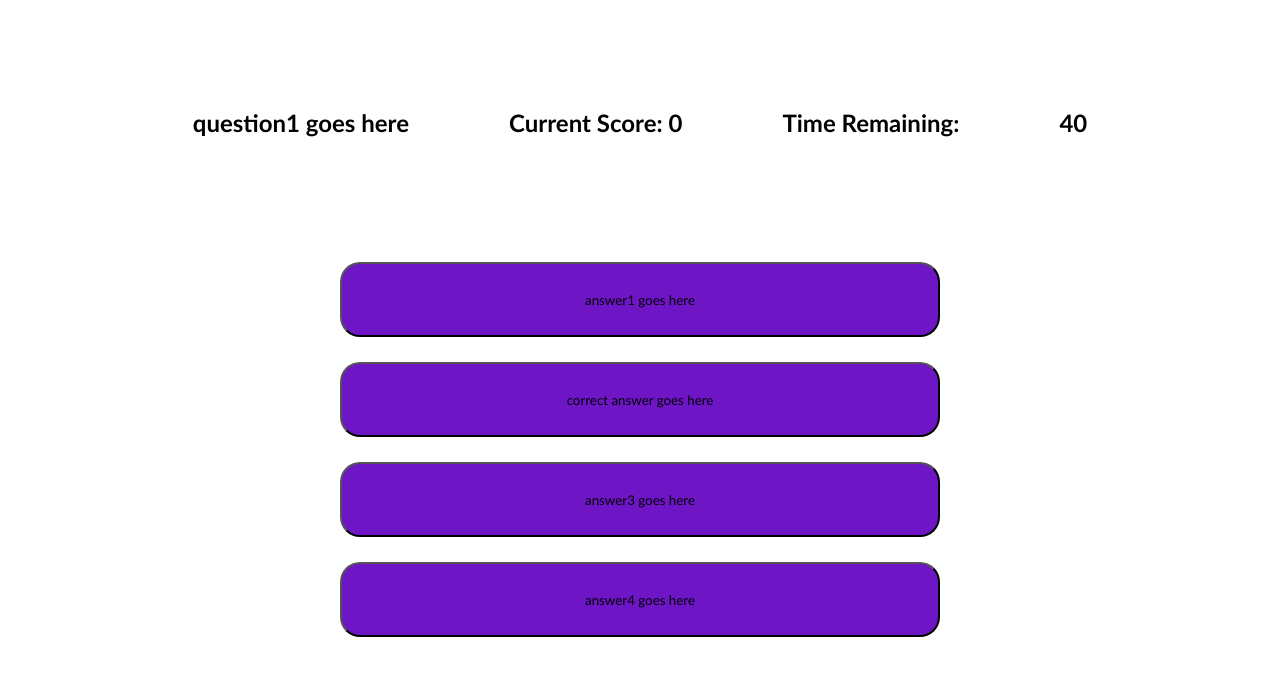
Repository: cobalt88/code-game
Page: assets/subpages/game.html
An editor plug-in stored every save of this project. The page is shown before and after the next save, followed by the edit.
The browser window is 1280 px wide. The pictures show the whole page.
After loading, the first visible `#start` was clicked once.

Above is the page before, as saved 2022-03-18 15:32:43.

### assets/subpages/game.html
<!DOCTYPE html>
<html lang="en_US">
  <head>
    <meta charset="UTF-8">
    <link rel="stylesheet" href="../css/game.css">
    <title>Coding Quiz Challenge</title>
  </head>

  <body>
    <header>
      <h2 id="question"></h2>
      <h2 id="scoreTracker"></h2>
      <h2 id="timer">Time Remaining: <h2 id="time"></h2> </h2>
    </header>

    <section class="options" id="options">
      <button type="button" id="option1" class="answers"></button>
      <button type="button" id="option2" class="answers"></button>
      <button type="button" id="option3" class="answers"></button>
      <button type="button" id="option4" class="answers"></button>
    </section>

    <section>
      <button type="button" id="start" class="beginButton">Begin Quiz</button>
    </section>

    <section id="save-score-form">
      <form id="playerInput">
        <label for="player-name">Your Name Goes Here</label>
          <input type="text" id="player-input">
          <br/><br/>
      </form>

      <button type="button" id="save-score">Save My Score</button>
    </section>


    <script src="../js/game.js"></script>

  </body>

### assets/css/game.css
* {
  font-family: 'Trebuchet MS', 'Lucida Sans Unicode', 'Lucida Grande', 'Lucida Sans', Arial, sans-serif;
}

body {
  display: flex;
  flex-direction: column;
  align-items: center;
}

header, header h2 {
  display: flex;
  margin: 50px;
  flex-direction: row;
  align-items: center;
}



.options button {
  display: flex;
  flex-direction: column;
  align-items: center;
  justify-content: center;
  margin: 25px;
  width: 600px;
  height: 75px;
  background-color: rgb(110, 21, 198);
  box-shadow: 5px;
  border-radius: 20px;
}

### assets/js/game.js

//timeDisplayEl is the actual countdown
var timeDisplayEl = document.querySelector('#time');
//timeEl is the header element that contains the countdown
var timerEl = document.querySelector('#timer');
//scoreDisplayEl is where the score  variable is displayed
var scoreDisplayEl = document.querySelector('#score');
//scoreEl is the header that contains the score display
var scoreEl = document.querySelector('#scoreTracker');
var startEl = document.querySelector('#start');
var option1El = document.querySelector('#option1');
var option2El = document.querySelector('#option2');
var option3El = document.querySelector('#option3');
var option4El = document.querySelector('#option4');
var questionEl = document.querySelector('#question');
var answers = document.querySelector(".answers");
var options = document.querySelector(".options");
var highScoreForm = document.querySelector('#save-score-form');
var saveButton = document.querySelector('#save-score');
var button = document.getElementsByTagName("button");
var timeLeft = 40;
var score = 0;
var questionsObj = 0;
var highScores = []
const questions = [

  {
    question: "question1 goes here",
    answer1: "answer1 goes here",
    data1: 'correct',
    answer2: "correct answer goes here",
    data2: 'incorrect',
    answer3: "answer3 goes here",
    data3: 'incorrect',
    answer4: "answer4 goes here",
    data4: 'incorrect',
  },
  {
    question: "question2 goes here",
    answer1: "answer1 goes here",
    data1: 'correct',
    answer2: "answer2 goes here",
    data2: 'incorrect',
    answer3: "answer3 goes here",
    data3: 'incorrect',
    answer4: "answer4 goes here",
    data4: 'incorrect',
  },
  {
    question: "question3 goes here",
    answer1: "answer1 goes here",
    data1: 'correct',
    answer2: "answer2 goes here",
    data2: 'incorrect',
    answer3: "answer3 goes here",
    data3: 'incorrect',
    answer4: "answer4 goes here",
    data4: 'incorrect',
  },
  {
    question: "question4 goes here",
    answer1: "answer1 goes here",
    data1: 'correct',
    answer2: "answer2 goes here",
    data2: 'incorrect',
    answer3: "answer3 goes here",
    data3: 'incorrect',
    answer4: "answer4 goes here",
    data4: 'incorrect',
  },
  {
    question: "question5 goes here",
    answer1: "answer1 goes here",
    data1: 'correct',
    answer2: "answer2 goes here",
    data2: 'incorrect',
    answer3: "answer3 goes here",
    data3: 'incorrect',
    answer4: "answer4 goes here",
    data4: 'incorrect',
  },
  {
    question: "question6 goes here",
    answer1: "answer1 goes here",
    data1: 'correct',
    answer2: "answer2 goes here",
    data2: 'incorrect',
    answer3: "answer3 goes here",
    data3: 'incorrect',
    answer4: "answer4 goes here",
    data4: 'incorrect',
  },
  {
    question: "question7 goes here",
    answer1: "answer1 goes here",
    data1: 'correct',
    answer2: "answer2 goes here",
    data2: 'incorrect',
    answer3: "answer3 goes here",
    data3: 'incorrect',
    answer4: "answer4 goes here",
    data4: 'incorrect',
  },
  {
    question: "question8 goes here",
    answer1: "answer1 goes here",
    data1: 'correct',
    answer2: "answer2 goes here",
    data2: 'incorrect',
    answer3: "answer3 goes here",
    data3: 'incorrect',
    answer4: "answer4 goes here",
    data4: 'incorrect',
  },
  {
    question: "question9 goes here",
    answer1: "answer1 goes here",
    data1: 'correct',
    answer2: "answer2 goes here",
    data2: 'incorrect',
    answer3: "answer3 goes here",
    data3: 'incorrect',
    answer4: "answer4 goes here",
    data4: 'incorrect',
  },
  {
    question: "question10 goes here",
    answer1: "answer1 goes here",
    data1: 'correct',
    answer2: "answer2 goes here",
    data2: 'incorrect',
    answer3: "answer3 goes here",
    data3: 'incorrect',
    answer4: "answer4 goes here",
    data4: 'incorrect',
  }
];

function hideElements() {
  option1El.setAttribute('style', 'display: none;');
  option2El.setAttribute('style', 'display: none;');
  option3El.setAttribute('style', 'display: none;');
  option4El.setAttribute('style', 'display: none;');
  scoreEl.setAttribute('style', 'display: none;');
  timerEl.setAttribute('style', 'display: none;');
  highScoreForm.setAttribute('style', 'display: none;')
}

function startQuiz() {
  startEl.setAttribute('style', 'display: none;');
  option1El.setAttribute('style', 'display: visible;');
  option2El.setAttribute('style', 'display: visible;');
  option3El.setAttribute('style', 'display: visible;');
  option4El.setAttribute('style', 'display: visible;');
  scoreEl.setAttribute('style', 'display: visible;');
  timerEl.setAttribute('style', 'display: visible;');
  loadScores();
  console.log(highScores);
  scoreTracker();
  generateQuestions();
  countdown();


}

function loadScores(){

}

function countdown() {

  var timeInterval = setInterval(function () {
        timeDisplayEl.textContent = timeLeft;

    if (timeLeft > 0) {
      timeLeft--;
    } else {
      timeDisplayEl.textContent = (' ');
      clearInterval(timeInterval);
      endQuiz();
    }
  }, 1000);
}

function endQuiz() {
  hideElements();

  if (timeLeft <= 0) {
    displayMessage();
  }

  if (timeLeft >= 0) {
  timeLeft = 0;
  option1El.setAttribute('style', 'display: none;');
  option2El.setAttribute('style', 'display: none;');
  option3El.setAttribute('style', 'display: none;');
  option4El.setAttribute('style', 'display: none;');
  timerEl.setAttribute('style', 'display: none;');
  scoreEl.setAttribute('style', 'display: none;');
  questionEl.textContent = (' ')
  displayMessage2();
  }
}


function scoreTracker() {
  if (score >= 0 && timeLeft > 0) {
    scoreEl.textContent = (`Current Score: ${score}`);
}}

function verifyAnswerHandler(event){
  var targetEl = event.target;
  var targetData = targetEl.getAttribute("class");

  if (targetData === 'correct' ) {
    score = score + 10;
      if (questionsObj < 9) {
        questionsObj++;
        generateQuestions();
        scoreTracker();
      }
  }

  if (targetData === 'incorrect') {
    timeLeft = timeLeft - 10;
      if (questionsObj < 9) {
        questionsObj++;
        generateQuestions();
        scoreTracker();
      }
  }

  if (questionsObj >= 9) {
    endQuiz();
  }
}

function displayMessage() {
  questionEl.textContent = (`Times Up! Your score for this round is: ${score}`);
  highScoreForm.setAttribute('style', 'display: visible;');
}

function displayMessage2() {
  questionEl.textContent = (`You have reached the end of the quiz! your score is: ${score}`);
  highScoreForm.setAttribute('style', 'display: visible;');
}


function generateQuestions() {
  // generate text content of question
  if (timeLeft >= 1) {
    questionEl.textContent = questions[questionsObj].question;

    option1El.textContent = questions[questionsObj].answer1;
    option1El.setAttribute('class', questions[questionsObj].data1);

    option2El.textContent = questions[questionsObj].answer2;
    option2El.setAttribute('class', questions[questionsObj].data2);

    option3El.textContent = questions[questionsObj].answer3;
    option3El.setAttribute('class', questions[questionsObj].data3);

    option4El.textContent = questions[questionsObj].answer4;
    option4El.setAttribute('class', questions[questionsObj].data4);
  }
}

function loadScores(){
  var existingScores = JSON.parse(localStorage.getItem('highScores'));
  highScores.push(existingScores)
}

function saveHighScore(event) {

  var playerName = document.querySelector("#player-input").value;

  highScores.push({
    player: playerName,
    score: score,
  })


  localStorage.setItem('highScores', JSON.stringify(highScores));


}



saveButton.addEventListener('click', saveHighScore);

startEl.addEventListener('click', startQuiz);

options.addEventListener('click', verifyAnswerHandler);

hideElements();

After the next save:
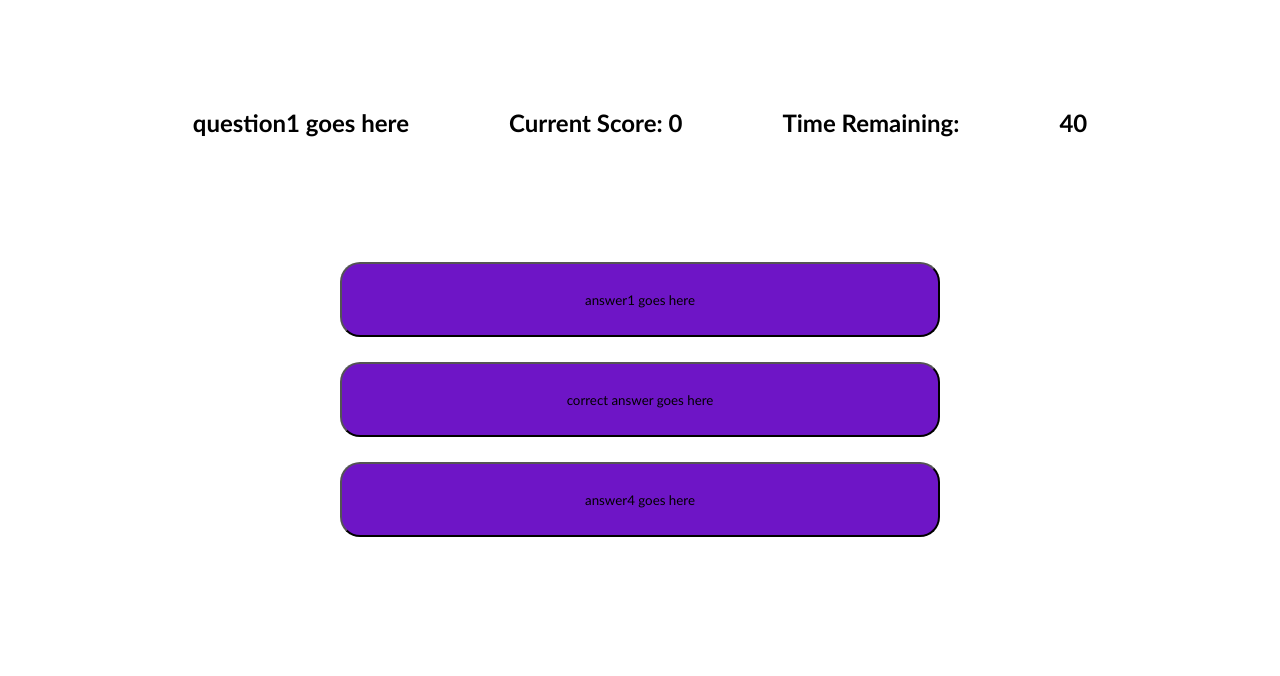
Saved 39 min 37 s later.
--- a/assets/js/game.js
+++ b/assets/js/game.js
@@ -150,7 +150,7 @@ function startQuiz() {
   startEl.setAttribute('style', 'display: none;');
   option1El.setAttribute('style', 'display: visible;');
   option2El.setAttribute('style', 'display: visible;');
-  option3El.setAttribute('style', 'display: visible;');
+  option3El.setAttribute('st6yle', 'display: visible;');
   option4El.setAttribute('style', 'display: visible;');
   scoreEl.setAttribute('style', 'display: visible;');
   timerEl.setAttribute('style', 'display: visible;');
